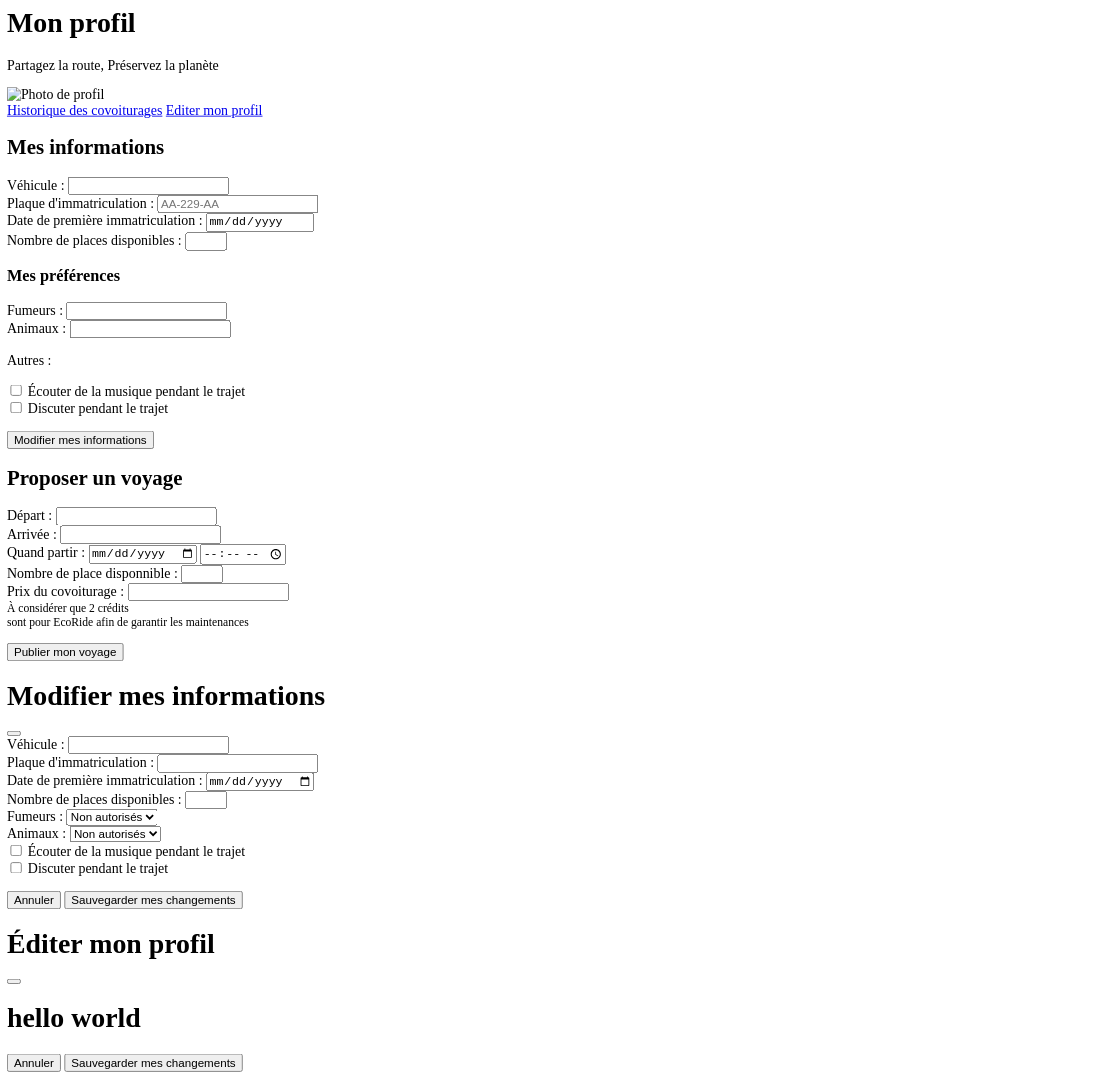
Repository: lemonhao9/ECF
Page: pages/auth/profile.html
An editor plug-in stored every save of this project. The page is shown before and after the next save, followed by the edit.
The browser window is 1280 px wide. The pictures show the whole page, at 87% of full size.

Above is the page before, as saved 2025-02-17 16:21:41.

After the next save:
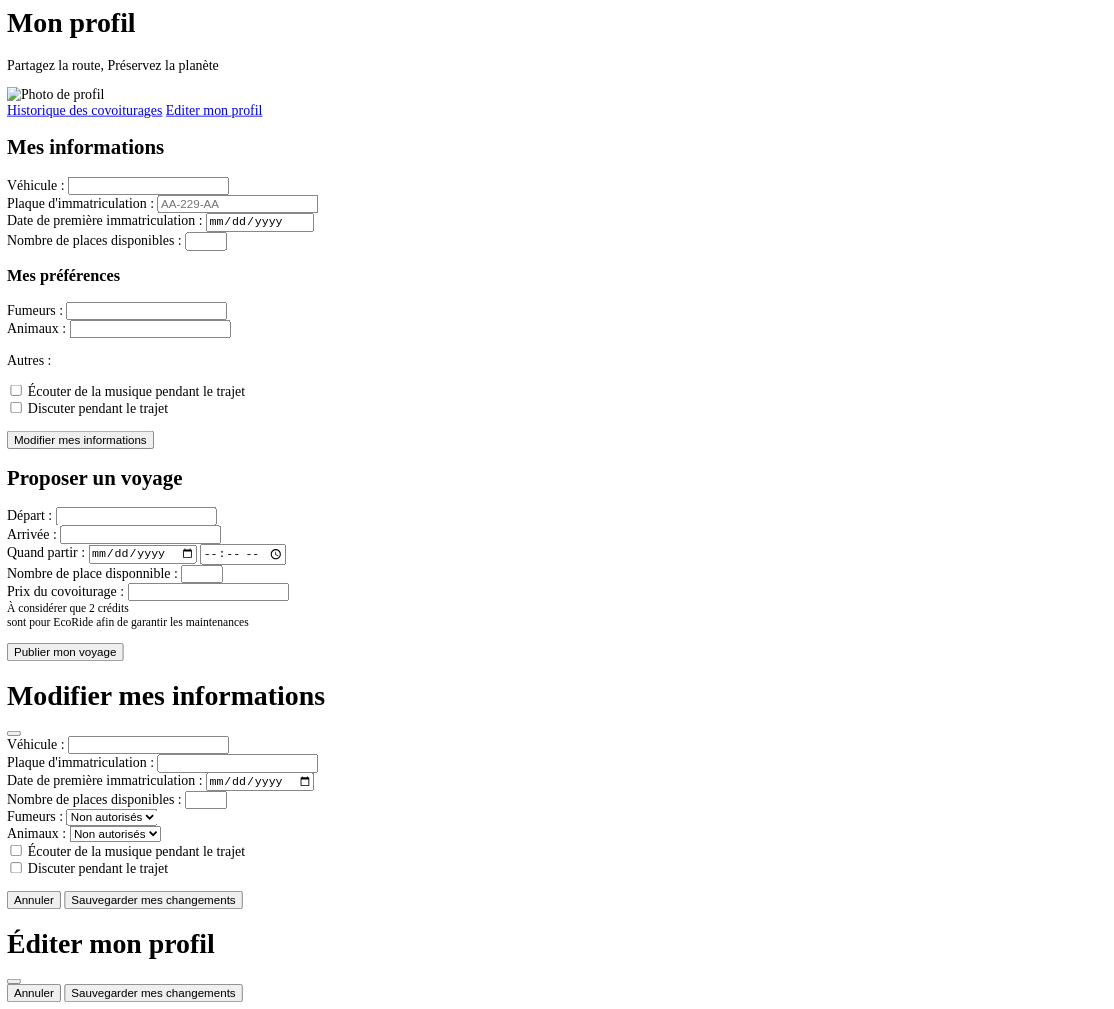
Saved 4 min 53 s later.
--- a/pages/auth/profile.html
+++ b/pages/auth/profile.html
@@ -162,13 +162,13 @@
 <!--La modal de modification info profil-->
 <div class="modal fade" id="modalEdition" data-bs-backdrop="static" data-bs-keyboard="false" tabindex="-1" aria-labelledby="staticBackdropLabel" aria-hidden="true">
     <div class="modal-dialog modal-dialog-centered">
-        <div class="modal-content bg-black">
+        <div class="modal-content bg-primary">
             <div class="modal-header">
                 <h1 class="modal-title fs-5 text-secondary" id="staticBackdropLabel">Éditer mon profil</h1>
                 <button type="button" class="btn-close" data-bs-dismiss="modal" aria-label="Close"></button>
             </div>
             <div class="modal-body">
-                <h1>hello world</h1>
+
             </div>
             <div class="modal-footer">
                 <button type="button" class="btn btn-secondary" data-bs-dismiss="modal">Annuler</button>
